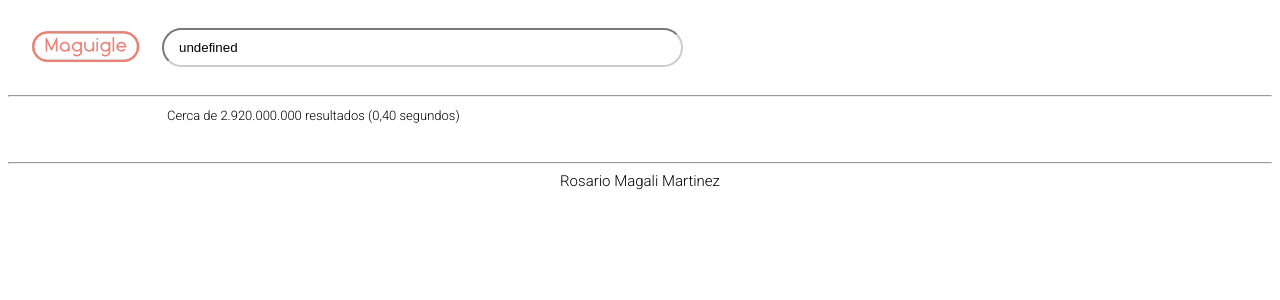
Repository: Rmmartinez/maguigle
Page: maguigle/src/main/resources/static/resultados.html
These files come from the project's save history. The page is drawn as it stood at one moment and after the next save; the edit follows.
The browser window is 1280 px wide. The pictures show the whole page.
The page's requests for data from a server got no answer.

Above is the page before, as saved 2023-07-30 19:58:33.

### maguigle/src/main/resources/static/resultados.html
<!DOCTYPE html>
<html lang="en">
<head>
    <meta charset="UTF-8">
    <meta http-equiv="X-UA-Compatible" content="IE=edge">
    <meta name="viewport" content="width=device-width, initial-scale=1.0">
    <title>Maguigle</title>
    <link rel = "stylesheet" href="style.css"/>
    <link rel="preconnect" href="https://fonts.googleapis.com">
<link rel="preconnect" href="https://fonts.gstatic.com" crossorigin>
<link href="https://fonts.googleapis.com/css2?family=Roboto:wght@300&display=swap" rel="stylesheet">
</head>
<body>
    <div id = "main-resultados">
        <img id = "logo-resultados" src="img/logo.png"/>
        <input id = "buscador-resultados" type="text"/>
        <hr/>
        <div id="resultados">
            <span class="total-resultados">
                Cerca de 2.920.000.000 resultados (0,40 segundos)
            </span>
            <div id = "links">

            </div>
        </div>
        <hr/>


    </div>
    <div class="footer">
    	<span>
           Rosario Magali Martinez
        </span>
    </div>

<script>
    let aux = document.location.href.split('?query=');
    let query = aux[1];
    document.getElementById("buscador-resultados").value = query;

    fetch('http://localhost:8080/api/search?query='+query)
    .then(response => response.json())
    .then(json =>{
        console.log(json);
        let html = '';
        for(let resultadoBusqueda of json){
            html += getResultados(resultadoBusqueda);
        }
        document.getElementById("links").outerHTML = html;
    });

    function getResultados(resultadoBusqueda){

        return `<div class="resultado">
                <h3><a href="${resultadoBusqueda.url}">${resultadoBusqueda.title}</a></h3>
                <span>${resultadoBusqueda.description}</span>
            </div>`;
    }
</script>

</body>
</html>

### maguigle/src/main/resources/static/style.css
body{
    font-family: 'Roboto', sans-serif;
}


#main{
    width: 500px;
    margin: auto;
    text-align: center;
}


#main-resultados{
    margin: auto;
}

#logo{
    width:300px;
    padding-top: 30px;
}

#logo-resultados{
    width:110px;
    position: absolute;
    left: 30px;
    top: 27.5px;
}

.buscador{
    width: 100%;
    margin: 20px 0px;
    height: 33px;
    border-radius: 25px;
    border-color: #CCC;
    padding-left: 15px;
}

input {
  width: 100%;
  margin: 20px 0px;
  height: 33px;
  border-radius: 25px;
  border-color: #CCC;
  padding-left: 15px;
}

#buscador-resultados{
    width: 500px;
    margin: 20px 0px;
    margin-left: 154px;
    height: 33px;
    border-radius: 25px;
    border-color: #CCC;
    padding-left: 15px;
}

button{
    padding: 7px 15px;
}


#resultados{
    max-width: 600px;
    margin-left: 159px;
    padding-bottom: 30px;
}

.resultado h3{
    color: #0272d3;
    margin-bottom: 4px;

}

.total-resultados{
    font-size: 13px;
}

.footer{
	font-size: 15px;
	text-align: center;
}

After the next save:
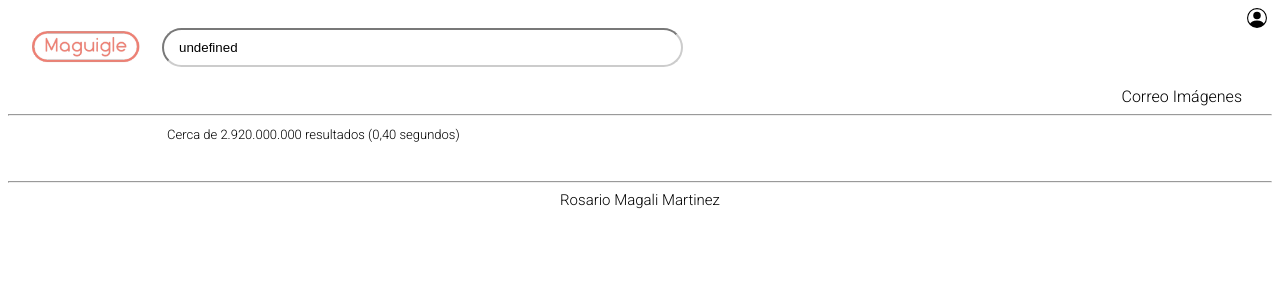
Saved 7 min 10 s later.
--- a/maguigle/src/main/resources/static/resultados.html
+++ b/maguigle/src/main/resources/static/resultados.html
@@ -14,6 +14,20 @@
     <div id = "main-resultados">
         <img id = "logo-resultados" src="img/logo.png"/>
         <input id = "buscador-resultados" type="text"/>
+        <div style="text-align: right; padding-right:30px;">
+		<span>
+			Correo
+		</span>
+		<span>
+			Imágenes
+		</span>
+		<span style="position: absolute; top: 7.5px; margin-left: 5px;">
+			<svg xmlns="http://www.w3.org/2000/svg" width="20" height="20" fill="currentColor" class="bi bi-person-circle" viewBox="0 0 16 16">
+			  <path d="M11 6a3 3 0 1 1-6 0 3 3 0 0 1 6 0z"/>
+			  <path fill-rule="evenodd" d="M0 8a8 8 0 1 1 16 0A8 8 0 0 1 0 8zm8-7a7 7 0 0 0-5.468 11.37C3.242 11.226 4.805 10 8 10s4.757 1.225 5.468 2.37A7 7 0 0 0 8 1z"/>
+			</svg>
+		</span>
+	</div>
         <hr/>
         <div id="resultados">
             <span class="total-resultados">
